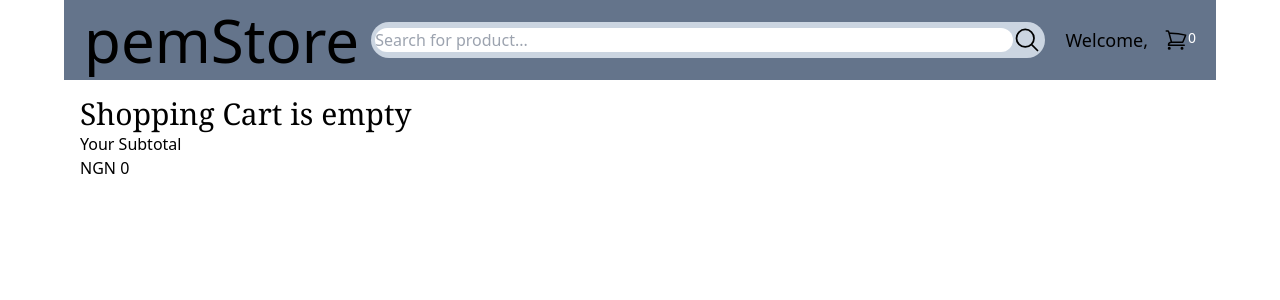
Repository: Semanmernstack/pemstore
Page: /checkout
These files come from the project's save history. The page is drawn as it stood at one moment and after the next save; the edit follows.
The browser window is 1280 px wide. The pictures show the whole page.
The page's requests for data from a server got no answer. The project was rebuilt for these pictures with package versions that can differ from the ones it lists, and the page was loaded fresh each time. The framework's server and built-in components were replaced by stand-ins that run in the browser. No one was signed in, and anything a server would have sent is missing. Also part of the build but not shown: next.config.js, components/CheckoutProduct.js.

Above is the page before, as saved 2022-11-06 04:47:29.

After the next save:
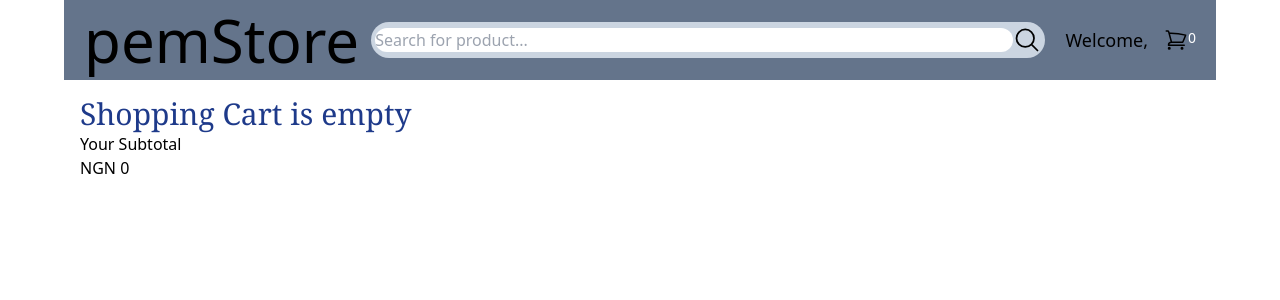
Saved 32 s later.
--- a/pages/checkout.js
+++ b/pages/checkout.js
@@ -12,7 +12,7 @@ function Checkout() {
     <div  className=" mx-auto max-w-6xl "  >
         <Header />
         <div className="h-20 p-4">
-        <div className="flex items-center text-3xl font-serif space-x-4 ">
+        <div className="flex items-center text-3xl font-serif text-blue-900 space-x-4 ">
             <h1>{items.length === 0 ? "Shopping Cart is empty"  : "Your  pemStore Cart" }   </h1>
             <p>{session?.user.name}</p>
         </div>
